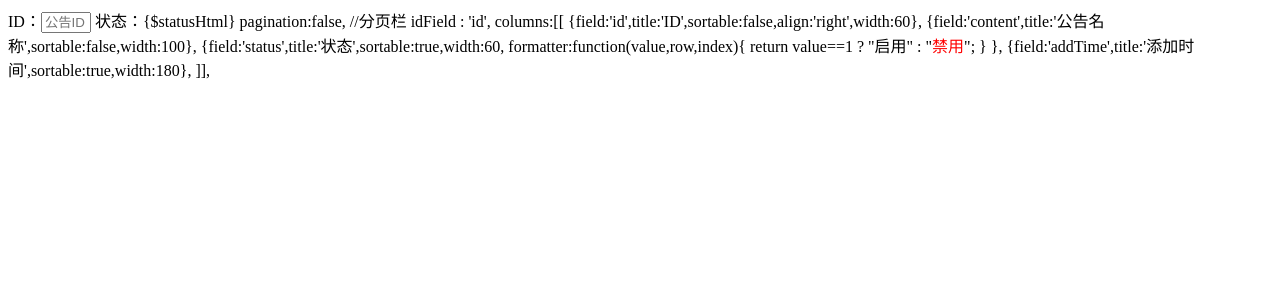
Repository: pridewu/hipi
Page: Education_dev_platform/branches/v1/Application/System/View/v1/Notice/index.html
The author's editor kept a copy of each file at every save. The page is drawn from the files as they stood at one save, then again after the next save.
The browser window is 1280 px wide. The pictures show the whole page.

Above is the page before, as saved 2014-12-08 01:48:01.

### Education_dev_platform/branches/v1/Application/System/View/v1/Notice/index.html
<extend name="./base_list" />

<block name="search">
	ID：<input type="text" name="id" placeholder="公告ID" style="width: 50px"></input>
<!-- 	知识点名称：<input type="text" name="name" placeholder="知识点名称" style="width: 100px"></input>
	所属课程ID：<input type="text" name="courseId" placeholder="课程ID" style="width: 50px"></input> -->
	状态：{$statusHtml}
</block>
<block name="datagrid_img">
    <div id="datagrid_img" class="datagrid_img" style="display: none;">

    </div>
</block>
<block name="datagrid">
		pagination:false, //分页栏
		idField : 'id',
	    columns:[[
            {field:'id',title:'ID',sortable:false,align:'right',width:60},
            {field:'content',title:'公告名称',sortable:false,width:100},


            {field:'status',title:'状态',sortable:true,width:60,
            	formatter:function(value,row,index){
            		return value==1 ? "启用" : "<font color=red>禁用</font>";
            	}
            },
            {field:'addTime',title:'添加时间',sortable:true,width:180},
        ]],
</block>

After the next save:
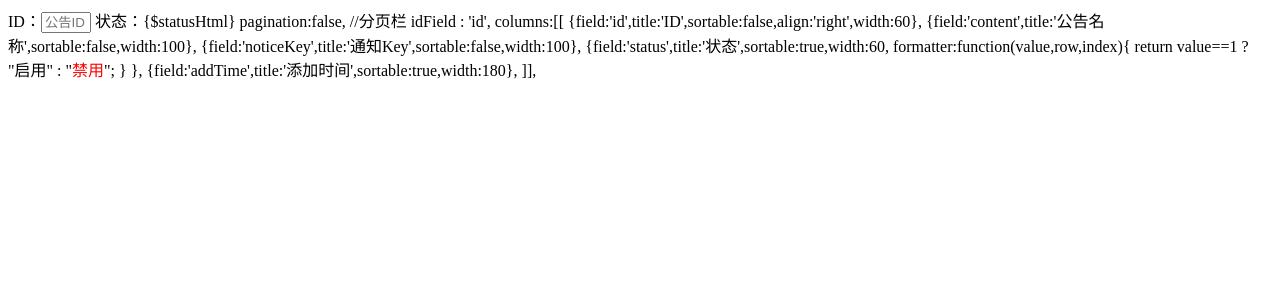
Saved 25 min 18 s later.
--- a/Education_dev_platform/branches/v1/Application/System/View/v1/Notice/index.html
+++ b/Education_dev_platform/branches/v1/Application/System/View/v1/Notice/index.html
@@ -17,6 +17,7 @@
 	    columns:[[
             {field:'id',title:'ID',sortable:false,align:'right',width:60},
             {field:'content',title:'公告名称',sortable:false,width:100},
+            {field:'noticeKey',title:'通知Key',sortable:false,width:100},
 
 
             {field:'status',title:'状态',sortable:true,width:60,
